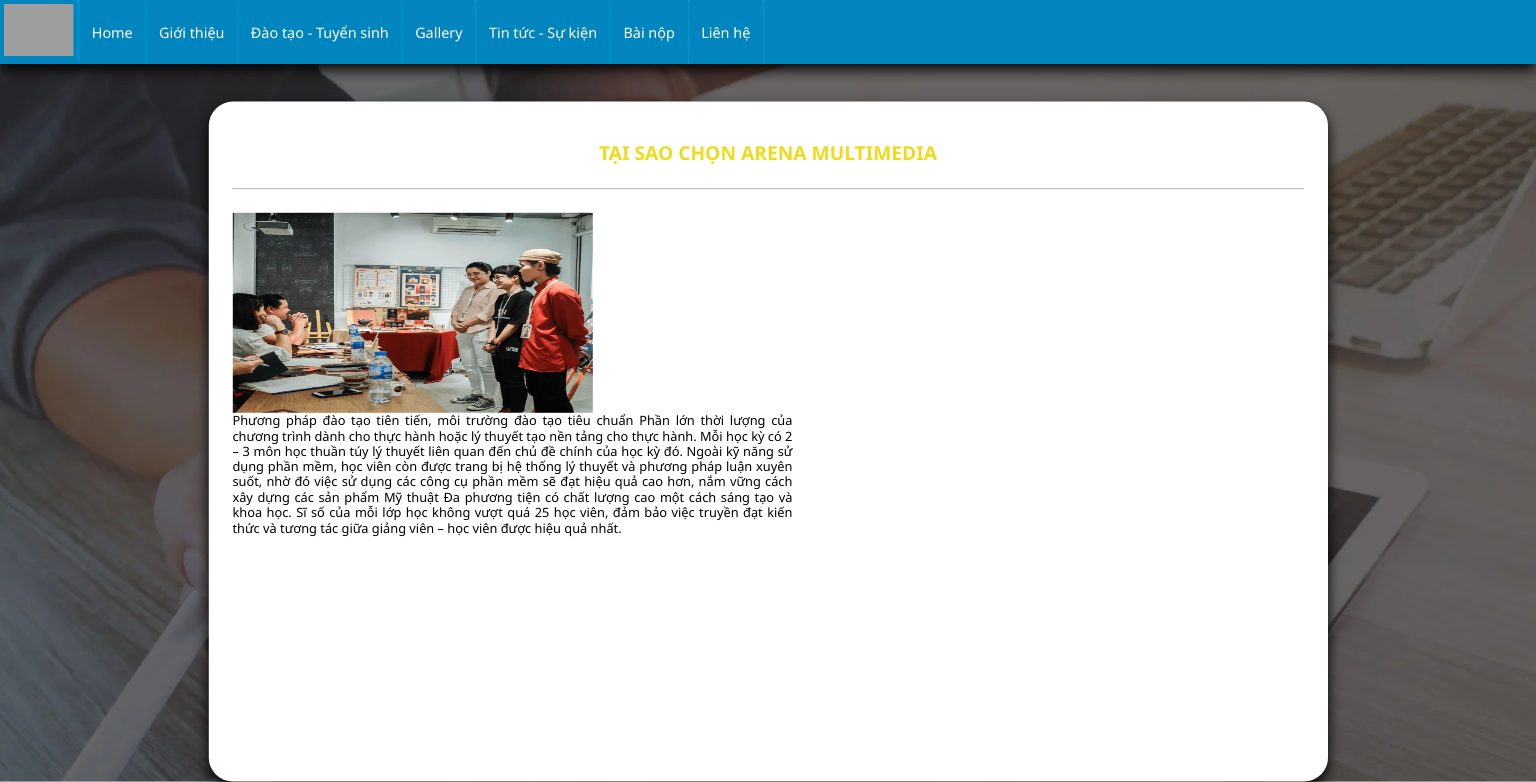
Repository: arena-dttan/dcw-final-exam-d2107m1
Page: final-list/DCW_Final_5_Nguyen-Thi-Thu-Huong_D2107M1/gioi-thieu.html
An editor plug-in stored every save of this project. The page is shown before and after a run of saves, followed by the edit.
The browser window is 1280 px wide. The page is 1920 px wide, so the pictures cover 1920 px, including what lies to the right of the window. The pictures show the whole page, at 80% of full size.
Pictures or frames that could not be fetched are drawn as grey boxes.

Above is the page before, as saved 2022-06-26 15:17:11.

### final-list/DCW_Final_5_Nguyen-Thi-Thu-Huong_D2107M1/gioi-thieu.html
<!DOCTYPE html>
<html>
<head>
    <meta charset="UTF-8">
    <link rel="stylesheet" href="index.css">
    <link rel="icon" href="./images/favicon.ico" />

</head>
<head>
    <!-- Các meta (siêu dữ liệu) -->
    <meta http-equiv="Content-Type" content="text/html; charset=utf-8" />

    <!-- Tiêu đề hiển thị trên thanh địa chỉ trình duyệt -->
    <title>Arena Mutimedia</title>

    <!-- icon trên thanh địa chỉ trình duyệt -->
    <link rel="icon" href="./images/favicon.ico" />

    <!-- Sử dụng font google -->
    <link rel="preconnect" href="https://fonts.googleapis.com">
    <link rel="preconnect" href="https://fonts.gstatic.com" crossorigin>
    <link href="https://fonts.googleapis.com/css2?family=Roboto:wght@100&display=swap" rel="stylesheet">

    <!-- external css -->
    <link rel="stylesheet" href="./css/style.css">
    <link rel="stylesheet" href="./css/menu.css">
    <link rel="stylesheet" href="./index.css">
</head>
<body id="container">
    <div id="main-menu">
        <ul class="menu">
            <li ><img style="height: 65px; margin: 5px;;" src="images/logo.webp" alt="logo"> </li>
            <li class="home">
            <a href="./index.html"> Home</a>
            </li>
            <li>
            <a href="./gioi-thieu.html"> Giới thiệu</a>
            </li>
            <li class="dropdown">
            <a class="dropdown-btn"> Đào tạo - Tuyển sinh</a>
            <div class="dropdown-content">
                <a href="./chuong-trinh-dao-tao.html">Đào tạo</a>
                <a href="./tuyen-sinh.html">Tuyển sinh</a>
            </div>
            <li>
                <a href="./gallery.html"> Gallery</a>
            </li>
            <li>
                <a href="./tin-tuc.html"> Tin tức - Sự kiện</a>
            </li>
            <li>
                <a href="./final-exam-list.html">Bài nộp</a>
            </li>

            <li>
                <a href="#">Liên hệ</a>
            </li>
            </li>
        </ul>
        <!-- id main content -->
         <div id="main-content">
            <div id="box-container">
                <div class="content">
                    <h2 style="color:rgb(240, 219, 26);">TẠI SAO CHỌN ARENA MULTIMEDIA</h2>
                    <br>
                    <hr>
                    <br>
                    <div class="img-test">
                        <img src="./images/gioi-thieu-1.png" alt="gioi-thieu-1">
                        <P>
                        Phương pháp đào tạo tiên tiến, môi trường đào tạo tiêu chuẩn
                        Phần lớn thời lượng của chương trình dành cho thực hành hoặc lý thuyết
                        tạo nền tảng cho thực hành. Mỗi học kỳ có 2 – 3 môn học thuần túy lý thuyết
                        liên quan đến chủ đề chính của học kỳ đó. Ngoài kỹ năng sử dụng phần
                        mềm, học viên còn được trang bị hệ thống lý thuyết và phương pháp luận
                        xuyên suốt, nhờ đó việc sử dụng các công cụ phần mềm sẽ đạt hiệu quả cao
                        hơn, nắm vững cách xây dựng các sản phẩm Mỹ thuật Đa phương tiện có
                        chất lượng cao một cách sáng tạo và khoa học.
                        Sĩ số của mỗi lớp học không vượt quá 25 học viên, đảm bảo việc truyền đạt
                        kiến thức và tương tác giữa giảng viên – học viên được hiệu quả nhất.</P></div>
                </div>
            </div>

        </div>
    </div>
</body>
</html>

### final-list/DCW_Final_5_Nguyen-Thi-Thu-Huong_D2107M1/index.css
/* Sử dụng cho định dạng main menu */
body, html {
    height: 100%;
    width: 1920px;
    background-image: url('images/head-bg.webp'); width: 1920px; height: 100%; background-repeat: no-repeat;
    font-family: 'Segoe UI';
}
* {
    margin: 0;
    padding: 0;
    box-sizing: border-box;
}
body {
    position: absolute;
}
#container {
    width: 1920px;
    height: 100%;
    justify-content: center;
    display: inline-block;
    margin: 0;
    padding: 0;
    display: inline-block;
}
#main-menu {
    max-width: 1920px;
    height: 100px;
    margin: 0;
    padding: 0;
}
.menu {
    height: 80px;
    line-height: 80px;
    text-align: center;
    justify-content: center;
    display: inline-block;
}
ul {
    list-style-type: none;
    overflow: hidden;
    background-color: #0085be;
    width: 100%;
    box-shadow: 0 8px 16px 0 rgba(0, 0, 0, 2);
    display: inline-block;
}
.home {
    border-left: 0.01em dotted #00aeef;
}
li {
    float: left;
    border-right: 0.01em dotted #00aeef;
    font-size: 18px;
}

li.dropdown {
    display: inline-block;
    min-width: 100px;
}

li a:hover,
.dropdown:hover {
    background: #00aeef;
}

li a,
.dropdown-btn {
    display: inline-block;
    color: white;
    text-align: center;
    padding: 0 16px;
    text-decoration: none;
}
.dropdown-content {
    display: none;
    position: absolute;
    background: #F8C800;
    background: #0085be;
    min-width: 200px;
    border-bottom: 0.01em dotted #00aeef;
    box-shadow: 0 8px 16px 0 rgba(0, 0, 0, 2);
    z-index: 1;
    top: 80px;
    transition: all .3s ease-in-out;
}
.dropdown-content a {
    color: white;
    padding: 10px 16px;
    text-decoration: none;
    display: block;
    text-align: center;
    line-height: 2;
}
.dropdown-content a:hover {
    background: #00aeef;
}
.dropdown:hover .dropdown-content {
    display: block;
}

.text {
    margin-left: 40px;
    padding-top: 150px;
}
.button {

    font-size: 18px;
    width: 150px;
    height: 50px;
    background: #F8C800;
    border-radius: 40px;
    color: white;
    margin-top: 10px;
    margin-left: 70px;
}
#main-content {
    width: 1920px;
    height: 100%;
    margin: 0;
    padding: 0;
    display: inline-block;
    align-items: center;
    justify-content: center;

}
#box-container {
    background-color: rgb(255, 255, 255);
    box-shadow: 0 8px 16px 0 rgba(0, 0, 0, 2);
    margin-top: 43px;
    background-color: rgb(255, 255, 255);
    box-shadow: 0 8px 16px 0 rgb(0 0 0);
    width: 1399px;
    height: 850px;
    border-radius: 55px;
    margin-left: auto;
    margin-right: auto;
    border-radius: 30px;

}
.content {
    margin: 30px;
    padding-top: 50px;
}
h2 {
    text-align: center;
}
p {
    float: left;
    width: 700px;
    height: 350px;
    text-align: justify;
}
img {
    fl
}

### final-list/DCW_Final_5_Nguyen-Thi-Thu-Huong_D2107M1/css/style.css
html {
    box-sizing: border-box;
    width: 100%;
    height: 100%;
}

body {
    width: 100%;
    height: 100%;
    background: url("../images/head-bg.webp");
    font-size: 16px;
    font-family: 'Segoe UI', Tahoma, Geneva, Verdana, sans-serif;
    line-height: 1.2;
}

* {
    margin: 0;
    padding: 0;
}

*,
*:before,
*:after {
    box-sizing: border-box;
}

input,
textarea,
select,
button {
    outline: none;
}

input {
    line-height: normal;
}

label,
button {
    cursor: pointer;
}

a {
    text-decoration: none;
}

img {
    display: block;
    max-width: 100%;
}

#container {
    width: 100%;
    height: 100%;
    text-align: center;
}

#logo {
    float: left;
}

#logo img {
    width: 130px;
    padding: 10px;
}

#header {
    background: #0085be;
    box-shadow: 0 8px 16px 0 rgba(0, 0, 0, 2);
}

#banner img {
    height: 500px;
    width: 100%;
}

#content-index {
    margin: 100px 10px 10px 50px;
}

.btn {
    width: 150px;
    height: 40px;
    line-height: 40px;
    background: #F8C800;
    display: block;
    text-align: center;
    text-transform: uppercase;
    font-weight: bold;
    border-radius: 2em;
    -webkit-border-radius: 2em;
    -moz-border-radius: 2em;
    -ms-border-radius: 2em;
    -o-border-radius: 2em;
    margin: 20px 50px;
}

.btn a {
    color: white;
}

#main-content {
    background: none;
    min-height: 400px;
    margin: 40px;
}

#main-page {
    background: white;
    color: black;
    border: 1px solid blue;
    border-radius: 3em;
    width: 80%;
    min-height: 400px;
    padding: 20px;
    display: inline-block;
    box-sizing: border-box;
    margin-bottom: 40px;
}

.content img {
    width: 450px;
    height: 250px;
}

.text-uppercase {
    text-transform: uppercase;
}

.main-title {
    color: #F8C800;
    font-size: 30px;
    font-weight: 700 !important;
    margin: 30px 0;
}

.normal-list {
    list-style-type: disc;
    margin: 10px;
    padding: 10px;
    overflow: visible;
    background: none;
}

.normal-list li {
    clear: both;
}

h4 {
    text-align: left;
    font-size: 20px;
}

h3 {
    padding-bottom: 20px;
}

hr {
    margin: 10px 0;
}

p {
    text-align: justify;
}

### final-list/DCW_Final_5_Nguyen-Thi-Thu-Huong_D2107M1/css/menu.css
/* Sử dụng cho định dạng main menu */

.menu {
    height: 80px;
    line-height: 80px;
}

.home {
    border-left: 0.01em dotted #00aeef;
}

ul {
    list-style-type: none;
    margin: 0;
    padding: 0;
    overflow: hidden;
    /* background: #F8C800; */
    background: #0085be;
    /* box-shadow: 0 8px 16px 0 rgba(0, 0, 0, 2); */
}

li {
    float: left;
    border-right: 0.01em dotted #00aeef;
    font-size: 18px;
}

li.dropdown {
    display: inline-block;
    min-width: 100px;
}

li a:hover,
.dropdown:hover {
    background: #00aeef;
}

li a,
.dropdown-btn {
    display: inline-block;
    color: white;
    text-align: center;
    padding: 0 16px;
    text-decoration: none;
}

.dropdown-content {
    display: none;
    position: absolute;
    /*background: #F8C800;
    */
    background: #0085be;
    min-width: 200px;
    border-bottom: 0.01em dotted #00aeef;
    box-shadow: 0 8px 16px 0 rgba(0, 0, 0, 2);
    z-index: 1;
    top: 80px;
    transition: all .3s ease-in-out;
}

.dropdown-content a {
    color: white;
    padding: 10px 16px;
    text-decoration: none;
    display: block;
    text-align: center;
    line-height: 2;
}

.dropdown-content a:hover {
    background: #00aeef;
}

.dropdown:hover .dropdown-content {
    display: block;
}

After the next 2 saves:
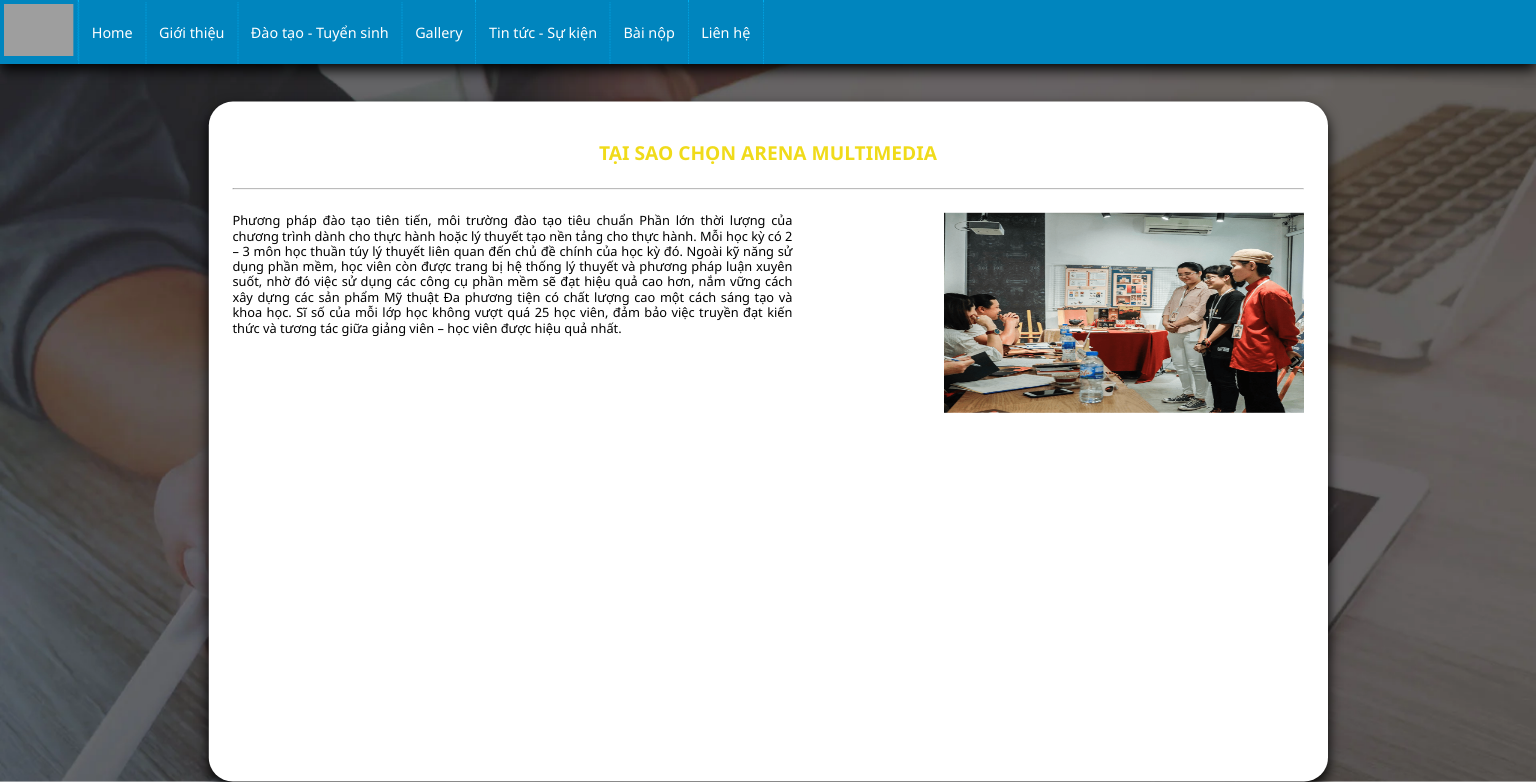
The 2 saves are shown as one change because they came seconds apart.
The last was saved 7 s later.
--- a/final-list/DCW_Final_5_Nguyen-Thi-Thu-Huong_D2107M1/index.css
+++ b/final-list/DCW_Final_5_Nguyen-Thi-Thu-Huong_D2107M1/index.css
@@ -150,5 +150,5 @@
     text-align: justify;
 }
 img {
-    fl
+    float: right;
 }
